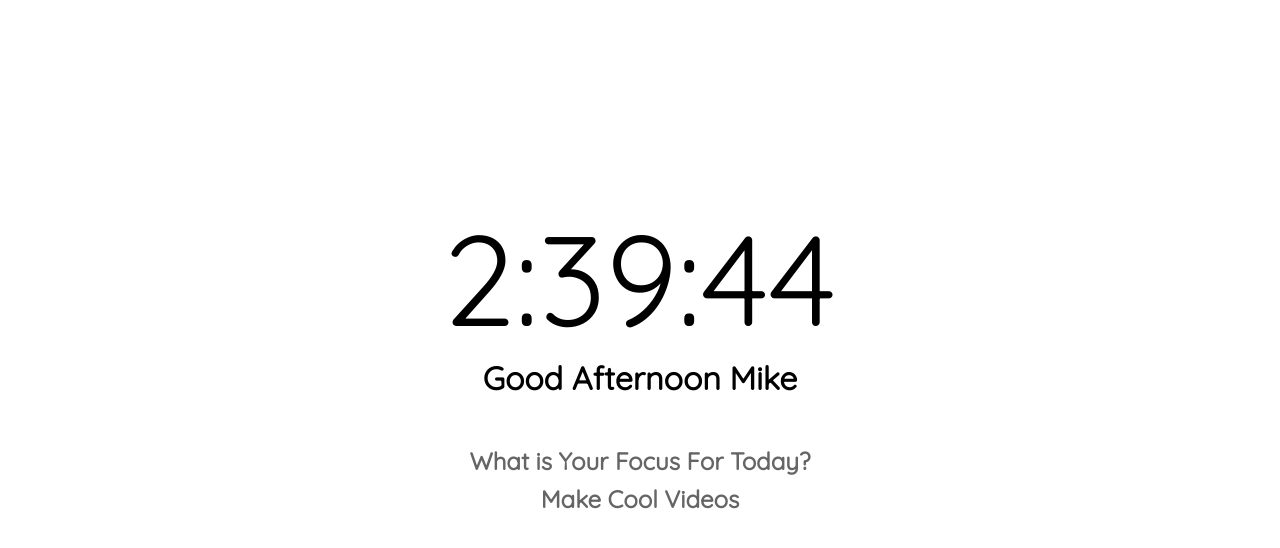
Repository: shadowmare358/focusApp
Page: index.html
These files come from the project's save history. The page is drawn as it stood at one moment and after the next save; the edit follows.
The browser window is 1280 px wide. The pictures show the whole page.

Above is the page before, as saved 2019-08-13 14:50:31.

After the next save:
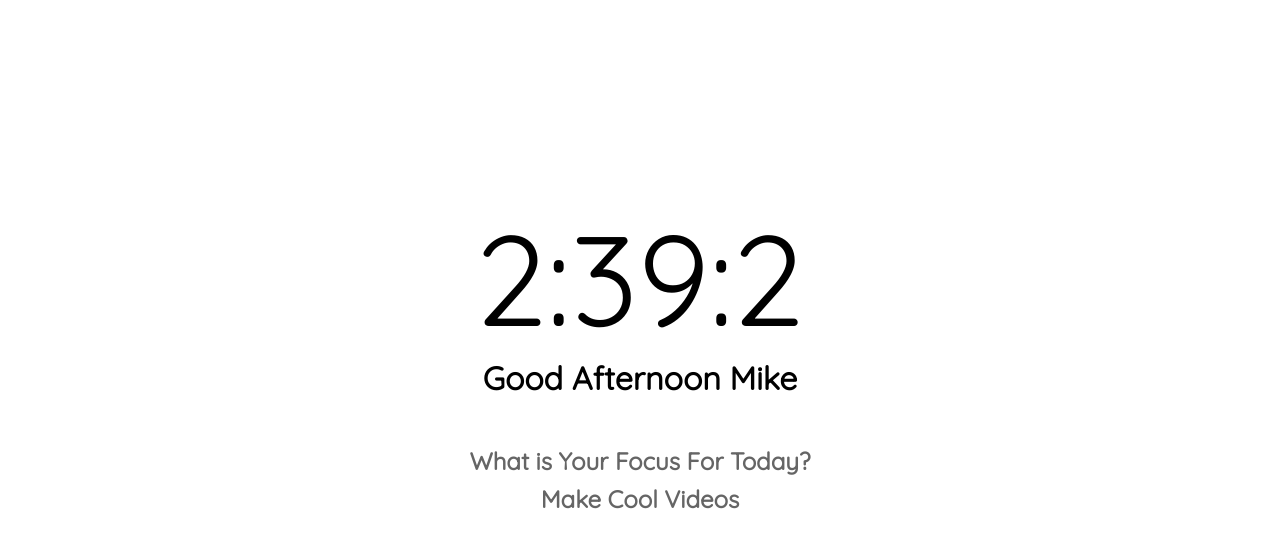
Saved 61 s later.
--- a/js/main.js
+++ b/js/main.js
@@ -10,7 +10,7 @@
     sec = today.getSeconds()
 
     const amPm = hour >= 12 ? 'PM' : 'AM';
-
+ sec =
     hour = hour % 12 || 12;
 
     time.innerHTML = `${hour}<span>:</span>${min}<span>:</span>${sec}`;
